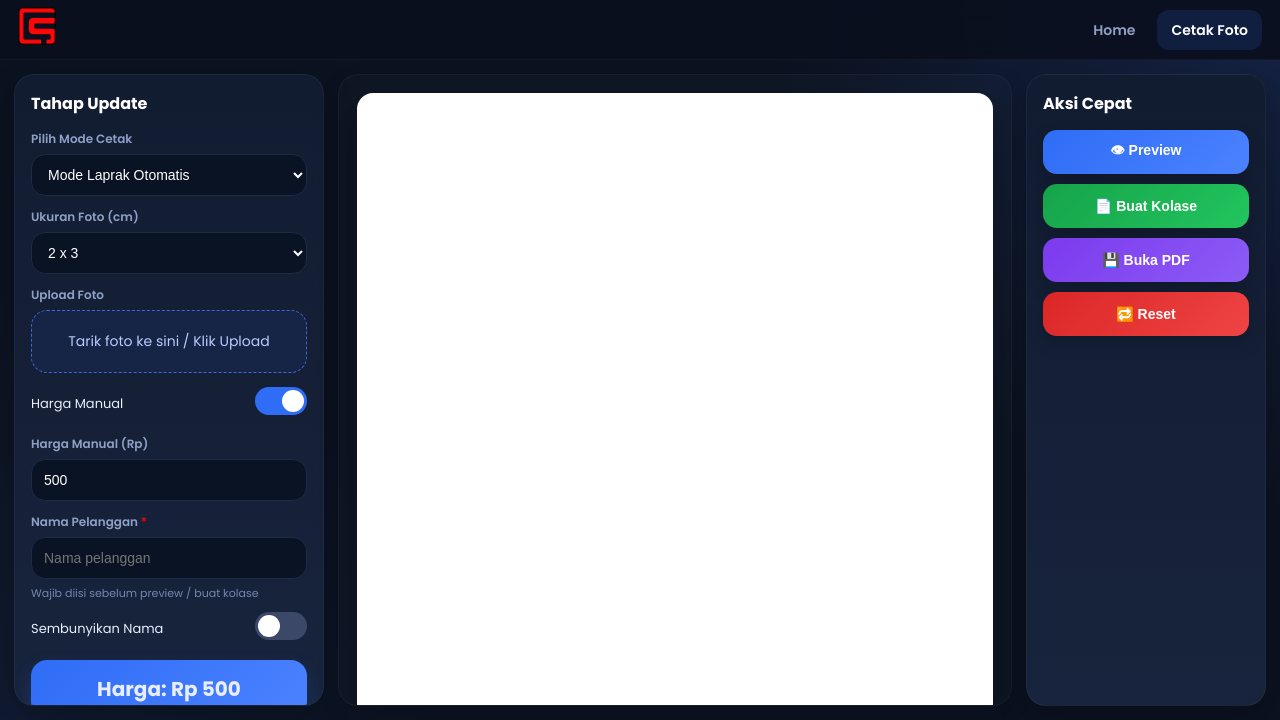
Repository: procinema22/hiisedulurfc
Page: cetakfoto.html
The author's editor kept a copy of each file at every save. The page is drawn from the files as they stood at one save, then again after the next save.
The browser window is 1280 px wide. The pictures show the whole page.
An inner scrolling area shows only its first screen.

Above is the page before, as saved 2026-04-29 18:56:10.

### cetakfoto.html
<!DOCTYPE html>
<html lang="id">
<head>
<meta charset="UTF-8">
<meta name="viewport" content="width=device-width, initial-scale=1.0">

<title>SEDULUR FOTO COPY – Cetak Foto</title>

<link rel="icon" type="image/png" href="img/loggo/sdlr.png">
<link href="https://fonts.googleapis.com/css2?family=Poppins:wght@400;500;600;700&display=swap" rel="stylesheet">
<link rel="stylesheet" href="css/cetak.css">

<script src="https://cdn.jsdelivr.net/npm/exif-js"></script>
<script src="https://cdnjs.cloudflare.com/ajax/libs/jspdf/2.5.1/jspdf.umd.min.js"></script>
</head>

<body>

<!-- ===============================
     HEADER
================================ -->
<header>
  <div class="logo">
    <a href="index.html">
      <img src="img/loggo/sdlr.png" alt="Sedulur Foto Copy">
    </a>
  </div>

  <nav>
    <ul>
      <li><a href="index.html">Home</a></li>
      <li><a href="cetakfoto.html" class="active">Cetak Foto</a></li>
    </ul>
  </nav>
</header>

<!-- ===============================
     MAIN LAYOUT
================================ -->
<div class="layout">

  <!-- ===========================
       LEFT PANEL
  ============================ -->
  <aside class="left-panel">

    <h2 class="section-title">Tahap Update</h2>

    <!-- MODE -->
    <label>Pilih Mode Cetak</label>
    <select id="modeSelect">
      <option value="normal">Mode Laprak Otomatis</option>
      <option value="perfoto">Mode Pas Foto</option>
      <option value="circle">Mode Lingkaran</option>
    </select>

    <!-- CIRCLE -->
    <div id="circleControls" style="display:none;">
      <label>Diameter Lingkaran (cm)</label>
      <input
        id="circleDiameter"
        type="number"
        value="4"
        min="1"
        step="0.1"
        placeholder="Diameter cm"
      >
    </div>

    <!-- SIZE -->
    <label>Ukuran Foto (cm)</label>
    <select id="sizeSelect">
      <option value="2x3">2 x 3</option>
      <option value="3x4">3 x 4</option>
      <option value="4x6">4 x 6</option>
      <option value="5x5">5 x 5</option>
      <option value="6x9">6 x 9</option>
      <option value="10x15">10 x 15</option>
      <option value="custom">Custom</option>
    </select>

    <!-- CUSTOM -->
    <div id="customSize" style="display:none; gap:10px;">
      <input id="customW" type="number" placeholder="Lebar (cm)">
      <input id="customH" type="number" placeholder="Tinggi (cm)">
    </div>

    <!-- UPLOAD -->
    <label>Upload Foto</label>
    <div id="dropArea" class="drop-area">
      Tarik foto ke sini / Klik Upload
    </div>
    <input
      id="upload"
      type="file"
      multiple
      accept="image/*"
      hidden
    >

    <!-- HARGA MANUAL FINAL -->
    <div class="switch-wrap">
      <span>Harga Manual</span>

      <label class="switch">
        <input
          type="checkbox"
          id="manualHargaCheckbox"
          checked
          disabled
        >
        <span class="slider"></span>
      </label>
    </div>

    <div id="manualHargaBox" style="display:block;">
      <label>Harga Manual (Rp)</label>

      <input
        id="manualHargaInput"
        type="number"
        value="500"
        min="500"
        step="500"
      >
    </div>

    <!-- NAMA -->
    <label>
      Nama Pelanggan
      <span style="color:red;">*</span>
    </label>

    <input
      id="userName"
      type="text"
      placeholder="Nama pelanggan"
      required
    >

    <small>
      Wajib diisi sebelum preview / buat kolase
    </small>

    <!-- HIDE NAME -->
    <div class="switch-wrap">
      <span>Sembunyikan Nama</span>

      <label class="switch">
        <input type="checkbox" id="hideInfo">
        <span class="slider"></span>
      </label>
    </div>

    <!-- PRICE -->
    <div class="price" id="priceDisplay">
      Harga: Rp 0
    </div>

    <!-- BATCH -->
    <div id="batchList"></div>

    <!-- ACCORDION -->
    <div class="accordion">

      <button
        type="button"
        class="accordion-btn"
        onclick="toggleMargin()"
      >
        Margin Kertas ▼
      </button>

      <div
        id="marginSection"
        class="accordion-content"
      >

        <label>Margin Atas (mm)</label>
        <input id="marginTop" type="number" value="10">

        <label>Margin Bawah (mm)</label>
        <input id="marginBottom" type="number" value="10">

        <label>Margin Kiri (mm)</label>
        <input id="marginLeft" type="number" value="10">

        <label>Margin Kanan (mm)</label>
        <input id="marginRight" type="number" value="10">

        <label>Gap antar foto (px)</label>
        <input id="gap" type="number" value="20">

      </div>
    </div>

    <!-- WATERMARK -->
    <div class="switch-wrap">
      <span></span>

      <label class="switch">
        <input
          type="checkbox"
          checked
          disabled
        >


  </aside>

  <!-- ===========================
       CENTER PANEL
  ============================ -->
  <section class="center-panel">

    <canvas
      id="canvas"
      width="1240"
      height="1754"
    ></canvas>

    <div
      class="page-nav"
      id="pageNav"
      style="display:none;"
    >
      <button id="prevPage">⬅</button>

      <div id="pageIndicator">
        Halaman 1 / 1
      </div>

      <button id="nextPage">➡</button>
    </div>

  </section>

  <!-- ===========================
       RIGHT PANEL
  ============================ -->
  <aside class="right-panel">

    <h2 class="section-title">
      Aksi Cepat
    </h2>

    <button
      id="previewBtn"
      class="btn blue"
    >
      👁 Preview
    </button>

    <button
      id="generateBtn"
      class="btn green"
    >
      📄 Buat Kolase
    </button>

    <button
      id="downloadPdf"
      class="btn purple"
    >
      💾 Buka PDF
    </button>

    <button
      id="reset"
      class="btn red"
    >
      🔁 Reset
    </button>

  </aside>

</div>

<!-- ===============================
     LOADING
================================ -->
<div id="loadingOverlay">
  <div class="loader"></div>
  <p>Memproses... tunggu sebentar ya</p>
</div>

<!-- TOAST -->
<div id="toast"></div>

<!-- ===============================
     POPUP IOS
================================ -->
<div id="popupNotif" class="popup-notif">

  <div class="popup-card">

    <div class="popup-head">

      <div class="popup-left">
        <div class="popup-icon">💬</div>
        <span>MESSAGES</span>
      </div>

      <small>NOW</small>

    </div>

    <div
      class="popup-text"
      id="popupText"
    >
      Nama pelanggan wajib diisi
    </div>

  </div>
</div>

<!-- ===============================
     JS FILES
================================ -->
<script type="module" src="js/main.js?v=2026"></script>

</body>
</html>

### css/cetak.css
/* =====================================
   CETAK.CSS — FINAL PRODUCTION VERSION
   Elegant Dark Pro UI
===================================== */

:root{
  --bg:#0b1220;
  --bg2:#111a2e;
  --card:#121c31;
  --card2:#18243d;
  --line:#24324f;

  --text:#e8eefc;
  --muted:#8ea0c6;

  --primary:#2f6df6;
  --primary2:#4b82ff;
  --success:#16a34a;
  --danger:#ef4444;
  --purple:#7c3aed;

  --radius:16px;
  --radius-sm:12px;

  --shadow:
    0 10px 30px rgba(0,0,0,.22);

  --shadow-soft:
    0 8px 20px rgba(0,0,0,.16);

  --speed:.22s ease;
}

/* ===============================
   RESET
=================================*/
*{
  margin:0;
  padding:0;
  box-sizing:border-box;
}

html,body{
  height:100%;
}

body{
  font-family:"Poppins",sans-serif;
  background:
    radial-gradient(circle at top right,#152344 0%,transparent 35%),
    radial-gradient(circle at bottom left,#101a30 0%,transparent 30%),
    var(--bg);
  color:var(--text);
  overflow:hidden;
}

/* ===============================
   SCROLLBAR
=================================*/
::-webkit-scrollbar{
  width:8px;
  height:8px;
}
::-webkit-scrollbar-track{
  background:#0e1728;
}
::-webkit-scrollbar-thumb{
  background:#2a3b60;
  border-radius:10px;
}
::-webkit-scrollbar-thumb:hover{
  background:#39528b;
}

/* ===============================
   NAVBAR
=================================*/
header{
  height:60px;
  padding:0 18px;
  display:flex;
  align-items:center;
  justify-content:space-between;

  background:rgba(10,16,30,.92);
  backdrop-filter:blur(10px);
  border-bottom:1px solid rgba(255,255,255,.04);

  position:sticky;
  top:0;
  z-index:999;
}

.logo{
  display:flex;
  align-items:center;
}

.logo img{
  height:38px;
  width:auto;
}

nav ul{
  list-style:none;
  display:flex;
  gap:8px;
}

nav a{
  color:var(--muted);
  text-decoration:none;
  font-size:14px;
  font-weight:600;
  padding:10px 14px;
  border-radius:12px;
  transition:var(--speed);
}

nav a:hover,
nav a.active{
  color:#fff;
  background:rgba(47,109,246,.15);
}

/* ===============================
   MAIN LAYOUT
=================================*/
.layout{
  height:calc(100vh - 60px);
  display:grid;
  grid-template-columns:310px 1fr 240px;
  gap:14px;
  padding:14px;
}

/* ===============================
   PANELS
=================================*/
.left-panel,
.right-panel{
  background:linear-gradient(180deg,var(--card),var(--card2));
  border:1px solid rgba(255,255,255,.04);
  border-radius:20px;
  box-shadow:var(--shadow);
  overflow-y:auto;
  padding:16px;
}

.center-panel{
  background:rgba(255,255,255,.02);
  border:1px solid rgba(255,255,255,.03);
  border-radius:20px;
  box-shadow:var(--shadow-soft);

  display:flex;
  flex-direction:column;
  align-items:center;
  justify-content:flex-start;

  overflow:auto;
  padding:18px;
}

.section-title{
  font-size:16px;
  font-weight:700;
  margin-bottom:14px;
  color:#fff;
}

/* ===============================
   FORM
=================================*/
label{
  display:block;
  font-size:12px;
  font-weight:600;
  color:var(--muted);
  margin-bottom:6px;
}

input,
select,
textarea{
  width:100%;
  height:42px;
  border:none;
  outline:none;

  background:#0a1324;
  color:#fff;

  border:1px solid #1d2b47;
  border-radius:14px;

  padding:0 12px;
  font-size:14px;

  margin-bottom:12px;
  transition:var(--speed);
}

input:focus,
select:focus{
  border-color:var(--primary);
  box-shadow:0 0 0 3px rgba(47,109,246,.12);
}

small{
  display:block;
  color:#7387b1;
  margin-top:-6px;
  margin-bottom:10px;
  font-size:11px;
}

/* ===============================
   DROP AREA
=================================*/
.drop-area{
  border:1.6px dashed #3f66d8;
  background:rgba(47,109,246,.08);
  color:#b8ccff;

  border-radius:16px;
  padding:20px;
  text-align:center;
  font-size:14px;
  cursor:pointer;

  margin-bottom:14px;
  transition:var(--speed);
}

.drop-area:hover{
  transform:translateY(-1px);
  background:rgba(47,109,246,.14);
}

/* ===============================
   SWITCH
=================================*/
.switch-wrap{
  display:flex;
  align-items:center;
  justify-content:space-between;
  gap:10px;
  margin:8px 0 14px;
  font-size:13px;
}

.switch{
  position:relative;
  width:52px;
  height:28px;
}

.switch input{
  opacity:0;
  width:0;
  height:0;
}

.slider{
  position:absolute;
  inset:0;
  background:#3b4868;
  border-radius:50px;
  cursor:pointer;
  transition:var(--speed);
}

.slider:before{
  content:"";
  position:absolute;
  width:22px;
  height:22px;
  left:3px;
  top:3px;
  background:#fff;
  border-radius:50%;
  transition:var(--speed);
}

.switch input:checked + .slider{
  background:var(--primary);
}

.switch input:checked + .slider:before{
  transform:translateX(24px);
}

/* ===============================
   PRICE
=================================*/
.price{
  background:linear-gradient(135deg,var(--primary),var(--primary2));
  border-radius:16px;
  padding:14px;
  font-size:20px;
  font-weight:700;
  text-align:center;
  margin:12px 0;
  box-shadow:0 10px 20px rgba(47,109,246,.22);
}

/* ===============================
   BATCH LIST
=================================*/
#batchList{
  display:flex;
  flex-direction:column;
  gap:10px;
}

.batch-row{
  background:#0a1324;
  border:1px solid #1a2742;
  border-radius:14px;
  padding:10px;
}

/* ===============================
   ACCORDION
=================================*/
.accordion-btn{
  width:100%;
  height:42px;
  border:none;
  cursor:pointer;

  border-radius:14px;
  color:#fff;
  font-weight:700;

  background:#0d172b;
  border:1px solid #1d2b47;

  transition:var(--speed);
}

.accordion-btn:hover{
  background:#13203a;
}

.accordion-content{
  display:none;
  padding-top:12px;
}

.accordion-content.show{
  display:block;
}

/* ===============================
   CANVAS
=================================*/
canvas{
  width:100%;
  max-width:720px;
  height:auto;

  background:#fff;
  border-radius:16px;
  border:1px solid rgba(255,255,255,.06);

  box-shadow:
    0 20px 40px rgba(0,0,0,.25);
}

/* ===============================
   PAGE NAV
=================================*/
.page-nav{
  margin-top:14px;
  display:flex;
  align-items:center;
  gap:10px;
}

.page-nav button{
  width:42px;
  height:42px;
  border:none;
  border-radius:12px;
  cursor:pointer;

  color:#fff;
  background:#17253f;

  transition:var(--speed);
}

.page-nav button:hover{
  background:var(--primary);
}

#pageIndicator{
  font-size:13px;
  color:var(--muted);
}

/* ===============================
   BUTTONS
=================================*/
.btn{
  width:100%;
  height:44px;

  border:none;
  cursor:pointer;

  border-radius:14px;
  color:#fff;

  font-size:14px;
  font-weight:700;

  margin-bottom:10px;

  transition:var(--speed);
  box-shadow:
    0 8px 18px rgba(0,0,0,.18);
}

.btn:hover{
  transform:translateY(-2px);
}

.btn:active{
  transform:scale(.98);
}

.blue{
  background:linear-gradient(135deg,#2f6df6,#4b82ff);
}

.green{
  background:linear-gradient(135deg,#16a34a,#22c55e);
}

.purple{
  background:linear-gradient(135deg,#7c3aed,#8b5cf6);
}

.red{
  background:linear-gradient(135deg,#dc2626,#ef4444);
}

/* ===============================
   LOADING
=================================*/
#loadingOverlay{
  position:fixed;
  inset:0;
  background:rgba(0,0,0,.55);
  backdrop-filter:blur(4px);

  display:none;
  flex-direction:column;
  align-items:center;
  justify-content:center;

  z-index:9999;
}

#loadingOverlay.show{
  display:flex;
}

.loader{
  width:52px;
  height:52px;
  border:4px solid rgba(255,255,255,.18);
  border-top:4px solid #fff;
  border-radius:50%;
  animation:spin .9s linear infinite;
}

#loadingOverlay p{
  margin-top:12px;
  color:#fff;
  font-size:14px;
}

@keyframes spin{
  to{
    transform:rotate(360deg);
  }
}

/* ===============================
   TOAST
=================================*/
#toast{
  position:fixed;
  right:18px;
  bottom:18px;

  min-width:220px;
  padding:14px 16px;

  border-radius:14px;
  background:#121c31;
  border:1px solid #22304c;
  color:#fff;

  box-shadow:var(--shadow);
  z-index:10000;

  opacity:0;
  transform:translateY(15px);
  transition:var(--speed);
}

#toast.show{
  opacity:1;
  transform:translateY(0);
}

/* ===============================
   IOS POPUP
=================================*/
.popup-notif{
  position:fixed;
  inset:0;
  display:flex;
  justify-content:center;
  align-items:center;

  background:rgba(0,0,0,.18);
  backdrop-filter:blur(8px);

  z-index:10001;

  opacity:0;
  visibility:hidden;
  pointer-events:none;
  transition:var(--speed);
}

.popup-notif.show{
  opacity:1;
  visibility:visible;
  pointer-events:auto;
}

.popup-card{
  width:360px;
  max-width:92%;

  background:rgba(255,255,255,.95);
  color:#111;

  border-radius:28px;
  padding:18px 20px;

  box-shadow:
    0 30px 60px rgba(0,0,0,.18);

  transform:translateY(25px) scale(.92);
  transition:var(--speed);
}

.popup-notif.show .popup-card{
  transform:translateY(0) scale(1);
}

.popup-head{
  display:flex;
  justify-content:space-between;
  align-items:center;
  margin-bottom:14px;
}

.popup-left{
  display:flex;
  align-items:center;
  gap:10px;
  font-weight:700;
  color:#666;
}

.popup-icon{
  width:28px;
  height:28px;
  border-radius:8px;
  background:#35c759;
  color:#fff;

  display:flex;
  align-items:center;
  justify-content:center;
}

.popup-text{
  font-size:17px;
  font-weight:500;
}

/* ===============================
   RESPONSIVE
=================================*/
@media (max-width:1100px){

  .layout{
    grid-template-columns:280px 1fr;
  }

  .right-panel{
    grid-column:1 / -1;
    display:grid;
    grid-template-columns:repeat(4,1fr);
    gap:10px;
  }

  .right-panel .btn{
    margin:0;
  }
}

@media (max-width:820px){

  body{
    overflow:auto;
  }

  .layout{
    height:auto;
    grid-template-columns:1fr;
  }

  .left-panel,
  .right-panel,
  .center-panel{
    min-height:auto;
  }

  .right-panel{
    grid-template-columns:1fr 1fr;
  }

  canvas{
    max-width:100%;
  }

  nav ul{
    gap:4px;
  }

  nav a{
    padding:8px 10px;
    font-size:12px;
  }
}

@media (max-width:560px){

  header{
    padding:0 10px;
  }

  .logo img{
    height:32px;
  }

  .right-panel{
    grid-template-columns:1fr;
  }

  .price{
    font-size:17px;
  }

  .popup-card{
    padding:16px;
  }

  .popup-text{
    font-size:15px;
  }
}

/* ===============================
   PRINT
=================================*/
@media print{

  header,
  .left-panel,
  .right-panel,
  .page-nav,
  #toast,
  #loadingOverlay,
  .popup-notif{
    display:none !important;
  }

  body{
    background:#fff;
  }

  .layout{
    display:block;
    padding:0;
    height:auto;
  }

  .center-panel{
    border:none;
    box-shadow:none;
    padding:0;
  }

  canvas{
    width:210mm !important;
    height:297mm !important;
    border:none;
    border-radius:0;
    box-shadow:none;
  }
}

@page{
  size:A4;
  margin:0;
}

### js/main.js
/* =====================================
   FILE: js/main.js
   APP ENTRY POINT
===================================== */

console.log("MAIN APP LOADED");

import "./state.js";
import "./helpers.js";
import "./batch.js";
import "./layout.js";
import "./render.js";
import "./upload.js";
import "./pdf.js";
import "./events.js";

import {
  pageNav,
  circleControls,
  modeSelect,
  customSize,
  sizeSelect,
  manualHargaCheckbox,
  manualHargaBox
} from "./state.js";

import {
  clearCanvas
} from "./helpers.js";

import {
  refreshBatchList,
  updatePricePreview
} from "./batch.js";

/* toggle margin */
window.toggleMargin = function () {
  const box =
    document.getElementById(
      "marginSection"
    );

  if (box)
    box.classList.toggle(
      "show"
    );
};

/* init */
function initApp() {

  clearCanvas();

  refreshBatchList();

  updatePricePreview();

  if (pageNav)
    pageNav.style.display =
      "none";

  if (circleControls) {
    circleControls.style.display =
      modeSelect?.value === "circle"
        ? "block"
        : "none";
  }

  if (customSize) {
    customSize.style.display =
      sizeSelect?.value === "custom"
      ? "flex"
      : "none";
  }

  if (manualHargaCheckbox)
    manualHargaCheckbox.checked = true;

  if (manualHargaBox)
    manualHargaBox.style.display = "block";

  console.log("APP READY");
}

window.addEventListener(
  "DOMContentLoaded",
  initApp
);

Loaded but not shown: js/events.js (705 lines, source omitted); js/layout.js (347 lines, source omitted); js/upload.js (335 lines, source omitted); js/render.js (371 lines, source omitted); js/helpers.js (306 lines, source omitted); js/pdf.js (298 lines, source omitted); js/batch.js (243 lines, source omitted); js/state.js (110 lines, source omitted)

After the next save:
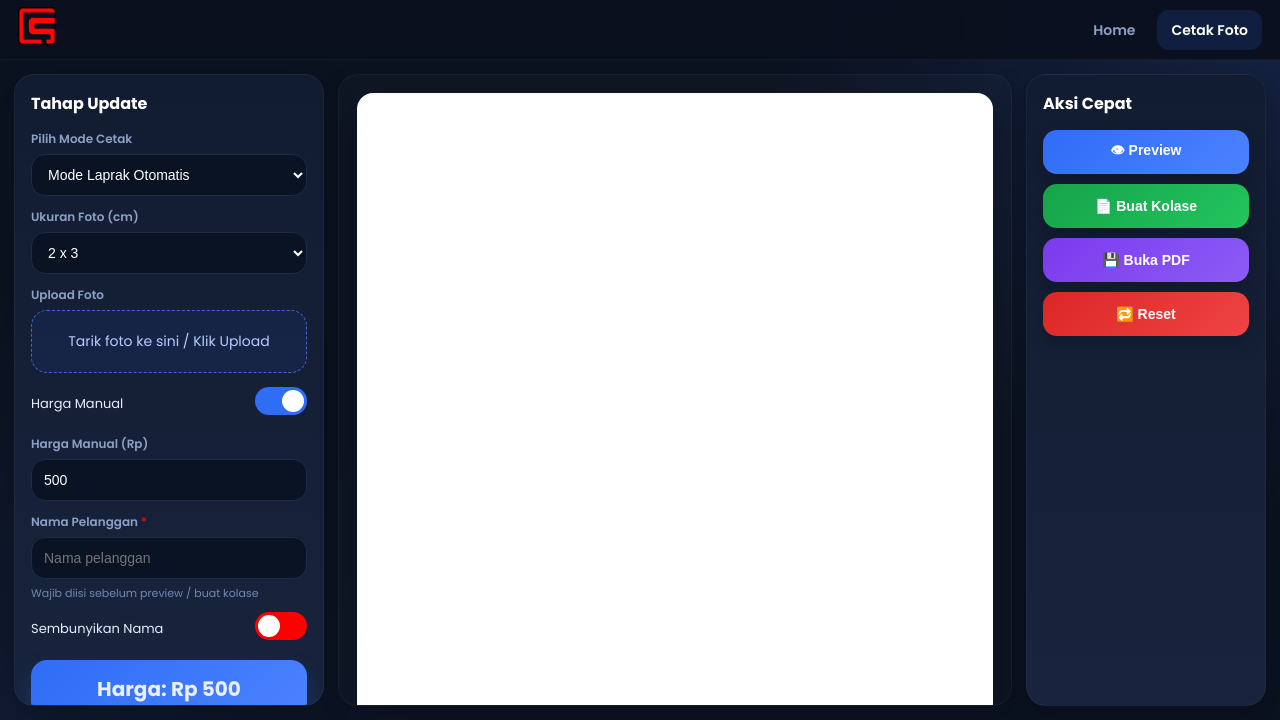
Saved 24 min 36 s later.
--- a/css/cetak.css
+++ b/css/cetak.css
@@ -265,7 +265,7 @@
 .slider{
   position:absolute;
   inset:0;
-  background:#3b4868;
+  background:#fd0101;
   border-radius:50px;
   cursor:pointer;
   transition:var(--speed);

After the save that followed:
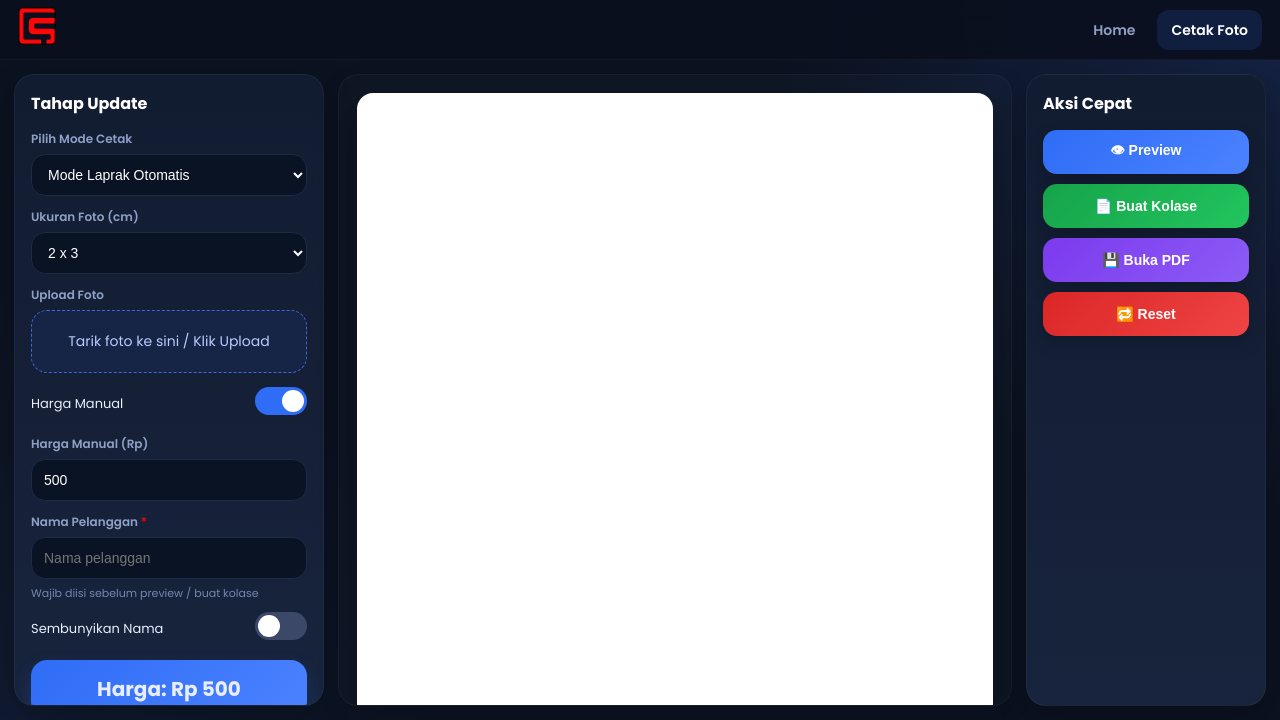
Saved 9 s later.
--- a/css/cetak.css
+++ b/css/cetak.css
@@ -265,7 +265,7 @@
 .slider{
   position:absolute;
   inset:0;
-  background:#fd0101;
+  background:#3b4868;
   border-radius:50px;
   cursor:pointer;
   transition:var(--speed);
